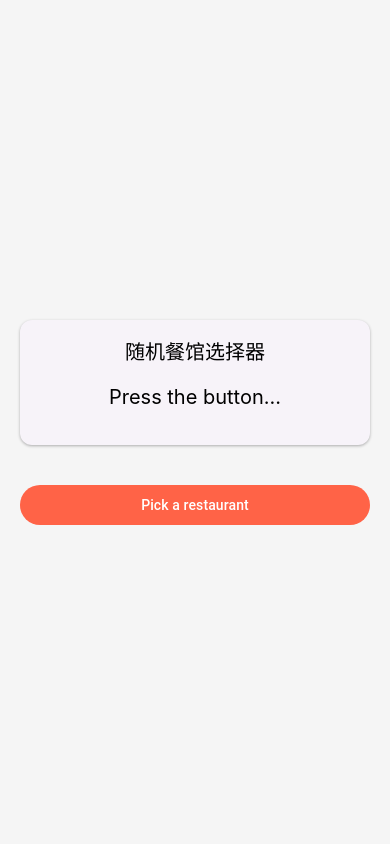
Repository: RidenShogunei/react-native-liveapp
Page: /Res (app in LiveTool/)
These files come from the project's save history. The page is drawn as it stood at one moment and after the next save; the edit follows.
The browser window is 390 px wide. The pictures show the whole page.
The page's requests for data from a server got no answer. The app was drawn by React Native's web renderer in a window 390 px wide. The project was rebuilt for these pictures with package versions that can differ from the ones it lists, and the page was loaded fresh each time. No one was signed in, and anything a server would have sent is missing.

Above is the page before, as saved 2024-05-12 12:51:10.

### LiveTool/App.tsx
import React from 'react';
import {NavigationContainer} from '@react-navigation/native';
import {createStackNavigator} from '@react-navigation/stack';
import MainPage from './pages/mian';
import {PaperProvider} from 'react-native-paper';
import {MD3LightTheme as DefaultTheme} from 'react-native-paper';
import Res from './pages/chooseRestaurant';
// 创建一个 Stack Navigator
const Stack = createStackNavigator();
const theme = {
  ...DefaultTheme,
  colors: {
    ...DefaultTheme.colors,
    primary: 'tomato',
    secondary: 'yellow',
  },
};
function App() {
  return (
    <PaperProvider theme={theme}>
      <NavigationContainer>
        <Stack.Navigator initialRouteName="Main">
          <Stack.Screen
            name="Main"
            component={MainPage}
            options={{headerShown: false}}
          />
          <Stack.Screen
            name="Res"
            component={Res}
            options={{headerShown: false}}
          />
        </Stack.Navigator>
      </NavigationContainer>
    </PaperProvider>
  );
}

export default App;

### LiveTool/pages/mian.tsx
import React, {useState, useEffect} from 'react';
import {View, Text, ScrollView, Dimensions, StyleSheet} from 'react-native';
import {Card, Button} from 'react-native-paper';
import {Picker} from '@react-native-picker/picker';
const {width: viewportWidth} = Dimensions.get('window');

function MainPage({ navigation }) {
  const [weather, setWeather] = useState(null);
  const [city, setCity] = useState(101010100);
  useEffect(() => {
    fetch(
      `https://devapi.qweather.com/v7/weather/now?location=${city}&key=acfa15e64b854efcb254f98a8b29568e`,
    )
      .then(response => {
        console.log('Response status:', response.status);
        return response.json();
      })
      .then(data => {
        console.log('Weather data:', data);
        setWeather(data);
      })
      .catch(error => {
        console.error('Error fetching weather data:', error);
      });
  }, [city]);

  return (
    <ScrollView contentContainerStyle={{flexGrow: 1}}>
      <ScrollView
        horizontal
        pagingEnabled
        showsHorizontalScrollIndicator={false}
        contentContainerStyle={{
          alignItems: 'center',
          justifyContent: 'center',
        }}>
        {weather && (
          <Card style={{width: viewportWidth}}>
            <Card.Content>
              <Text style={styles.text}>实时天气</Text>
              <Picker
                selectedValue={city}
                style={{
                  height: 50,
                  width: 120,
                  borderWidth: 1,
                  borderColor: '#000',
                  shadowColor: '#000',
                  shadowOffset: {width: 0, height: 2},
                  shadowOpacity: 0.8,
                  shadowRadius: 2,
                  elevation: 1,
                }}
                onValueChange={(itemValue, itemIndex) => setCity(itemValue)}>
                <Picker.Item label="北京" value="101010100" />
                <Picker.Item label="上海" value="101020100" />
                <Picker.Item label="嘉定" value="101020500" />
                {/* 更多城市省略... */}
              </Picker>
              <Text>{`Temperature: ${weather.now.temp}度`}</Text>
              <Text>{`Feels Like: ${weather.now.feelsLike}度`}</Text>
              <Text>{`Weather: ${weather.now.text}`}</Text>
              <Text>{`Wind Direction: ${weather.now.windDir}`}</Text>
              <Text>{`Wind Scale: ${weather.now.windScale}级`}</Text>
            </Card.Content>
          </Card>
        )}
      </ScrollView>

      <View>
        <Card style={{margin: 10}}>
          <Card.Content>
            <Text style={styles.text}>选餐馆{'\n'}</Text>
            <Button
              mode="contained"
              onPress={() => navigation.navigate('Res')}>
              Press me
            </Button>
          </Card.Content>
        </Card>
        <Card style={{margin: 10}}>
          <Card.Content>
            <Text style={styles.text}>Card content{'\n'}</Text>
            <Button
              mode="contained"
              onPress={() => console.log('Button pressed')}>
              Press me
            </Button>
          </Card.Content>
        </Card>
        <Card style={{margin: 10}}>
          <Card.Content>
            <Text style={styles.text}>More card content{'\n'}</Text>
            <Button
              mode="contained"
              onPress={() => console.log('Another button pressed')}>
              Press me
            </Button>
          </Card.Content>
        </Card>
        {/* 更多的 Card... */}
      </View>
    </ScrollView>
  );
}
const styles = StyleSheet.create({
  container: {
    flex: 1,
    backgroundColor: '#fff',
    alignItems: 'center',
    justifyContent: 'center',
  },
  text: {
    textAlign: 'center',
    fontSize: 20,
  },
});
export default MainPage;

### LiveTool/pages/chooseRestaurant.tsx
import React, {useState} from 'react';
import {View, Text, StyleSheet} from 'react-native';
import {Button, Card} from 'react-native-paper';

const RestaurantPicker = () => {
  const [selectedRestaurant, setSelectedRestaurant] = useState(
    'Press the button...',
  );
  const restaurants = [
    'KFC',
    'MacDonalds',
    'Burger King',
    'Pizza Hut',
    'Taco Bell',
    'Subway',
    'Starbucks',
    "Domino's",
  ];

  const selectRestaurant = () => {
    let index = 0;
    const intervalId = setInterval(() => {
      setSelectedRestaurant(restaurants[index]);
      index = index === restaurants.length - 1 ? 0 : index + 1;
    }, 100);

    setTimeout(() => clearInterval(intervalId), 2000); // after 2 seconds, the name will stop changing
  };

  return (
    <View style={styles.container}>
      <Card style={styles.card}>
        <Card.Content>
          <Text style={{fontSize: 20, textAlign: 'center',color:'black'}}>
            随机餐馆选择器
          </Text>
          <Text style={styles.text}>{selectedRestaurant}</Text>
        </Card.Content>
      </Card>
      <Button mode="contained" onPress={selectRestaurant} style={styles.button}>
        Pick a restaurant
      </Button>
    </View>
  );
};

const styles = StyleSheet.create({
  container: {
    flex: 1,
    justifyContent: 'center',
    paddingHorizontal: 20,
    backgroundColor: '#f5f5f5',
  },
  text: {
    fontSize: 20,
    textAlign: 'center',
    marginVertical: 20,
  },
  card: {
    marginBottom: 20,
  },
  button: {
    marginTop: 20,
  },
});

export default RestaurantPicker;

After the next save:
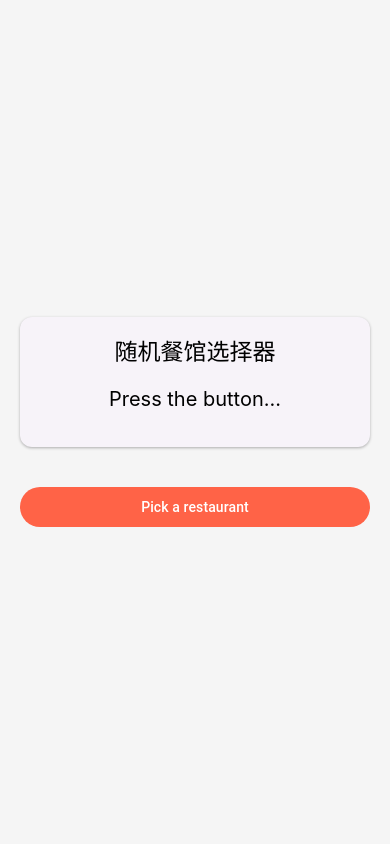
Saved 15 s later.
--- a/LiveTool/pages/chooseRestaurant.tsx
+++ b/LiveTool/pages/chooseRestaurant.tsx
@@ -31,7 +31,7 @@ const RestaurantPicker = () => {
     <View style={styles.container}>
       <Card style={styles.card}>
         <Card.Content>
-          <Text style={{fontSize: 20, textAlign: 'center',color:'black'}}>
+          <Text style={{fontSize: 23, textAlign: 'center',color:'black'}}>
             随机餐馆选择器
           </Text>
           <Text style={styles.text}>{selectedRestaurant}</Text>
